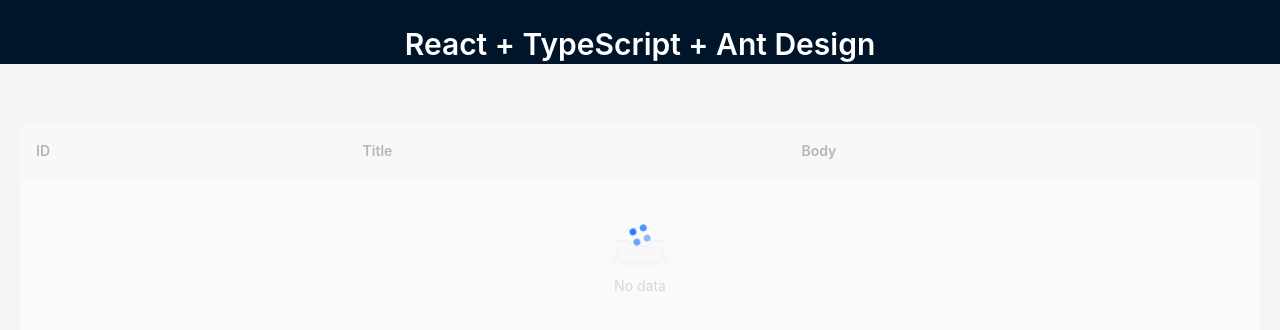
Repository: yasserrrz/Denamo-posts
Page: /
These files come from the project's save history. The page is drawn as it stood at one moment and after a run of saves; the edit follows.
The browser window is 1280 px wide. The pictures show the whole page.
The page's requests for data from a server got no answer. The project was rebuilt for these pictures with package versions that can differ from the ones it lists, and the page was loaded fresh each time. No one was signed in, and anything a server would have sent is missing.

Above is the page before, as saved 2024-11-28 08:43:21.

After the next 2 saves:
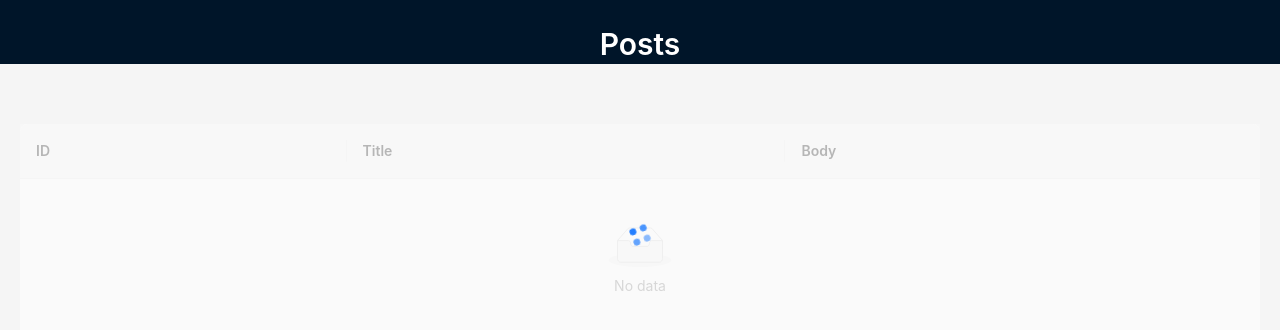
The 2 saves are shown as one change because they came seconds apart.
The last was saved 2 min 4 s later.
--- a/src/App.tsx
+++ b/src/App.tsx
@@ -11,7 +11,7 @@
     <Layout style={{ minHeight: '100vh' }}>
       <Header style={{ color: 'white', textAlign: 'center' }}>
         <Title level={2} style={{ color: 'white' }}>
-          React + TypeScript + Ant Design
+          Posts
         </Title>
       </Header>
       <Content style={{ padding: '20px' }}>
